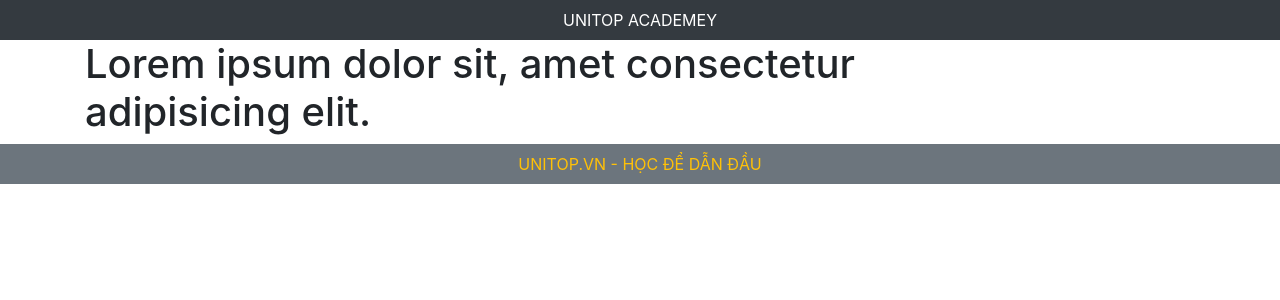
Repository: anhtu2110/front_end
Page: lesson/bootstrap/text-images/3.10-page_detail.html
These files come from the project's save history. The page is drawn as it stood at one moment and after the next save; the edit follows.
The browser window is 1280 px wide. The pictures show the whole page.

Above is the page before, as saved 2022-12-02 07:21:26.

### lesson/bootstrap/text-images/3.10-page_detail.html
<!DOCTYPE html>
<html lang="en">
  <head>
    <meta charset="UTF-8" />
    <meta http-equiv="X-UA-Compatible" content="IE=edge" />
    <meta name="viewport" content="width=device-width, initial-scale=1.0" />
    <link rel="stylesheet" href="./bootstrap/css/bootstrap.min.css" />
    <title>Xây dựng trang chi tiết bài viết với Bootstrap</title>
  </head>
  <body>
    <div id="wrapper">
        <div id="header" class="text-uppercase bg-dark text-white text-center py-2">
            Unitop academey
        </div>
        <!-- END HEADER  -->
        <div id="wp-content">
            <div class="container">
                <div class="row">
                    <div id="content" class="col-md-9">
                        <h1>Lorem ipsum dolor sit, amet consectetur adipisicing elit.</h1>
                    </div>
                    <div id="sidebar" class="col-md-3">

                    </div>
                </div>
            </div>
            </div>
        </div>
        <!-- END WP-CONTENT  -->
        <div id="footer" class="text-uppercase bg-secondary text-warning text-center py-2">
            unitop.vn - học để dẫn đầu
        </div>
        <!-- END FOOTER  -->
    </div>
    <script src="js/jquery-3.6.1.min.js"></script>
    <script src="js/popper.min.js"></script>
    <script src="./bootstrap/js/bootstrap.min.js"></script>
  </body>
</html>

Loaded but not shown: lesson/bootstrap/text-images/bootstrap/css/bootstrap.min.css (library); lesson/bootstrap/text-images/js/jquery-3.6.1.min.js (library); lesson/bootstrap/text-images/js/popper.min.js (library); lesson/bootstrap/text-images/bootstrap/js/bootstrap.min.js (library)

After the next save:
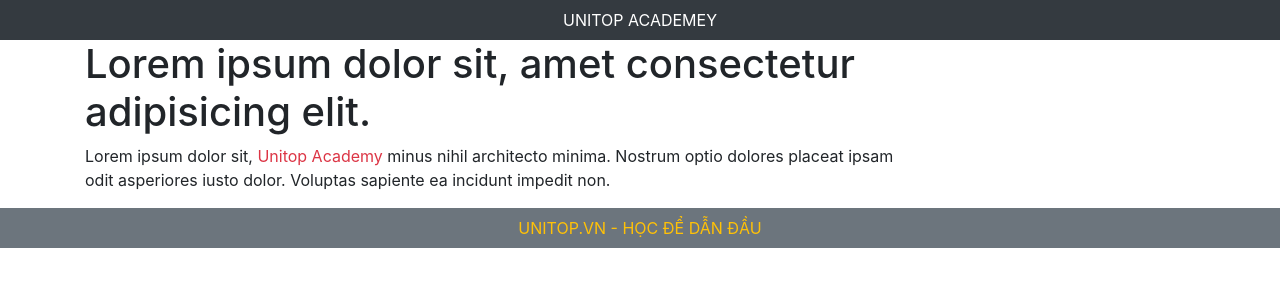
Saved 61 s later.
--- a/lesson/bootstrap/text-images/3.10-page_detail.html
+++ b/lesson/bootstrap/text-images/3.10-page_detail.html
@@ -18,6 +18,7 @@
                 <div class="row">
                     <div id="content" class="col-md-9">
                         <h1>Lorem ipsum dolor sit, amet consectetur adipisicing elit.</h1>
+                        <p>Lorem ipsum dolor sit, <span class="text-danger">Unitop Academy</span> minus nihil architecto minima. Nostrum optio dolores placeat ipsam odit asperiores iusto dolor. Voluptas sapiente ea incidunt impedit non.</p>
                     </div>
                     <div id="sidebar" class="col-md-3">
 
